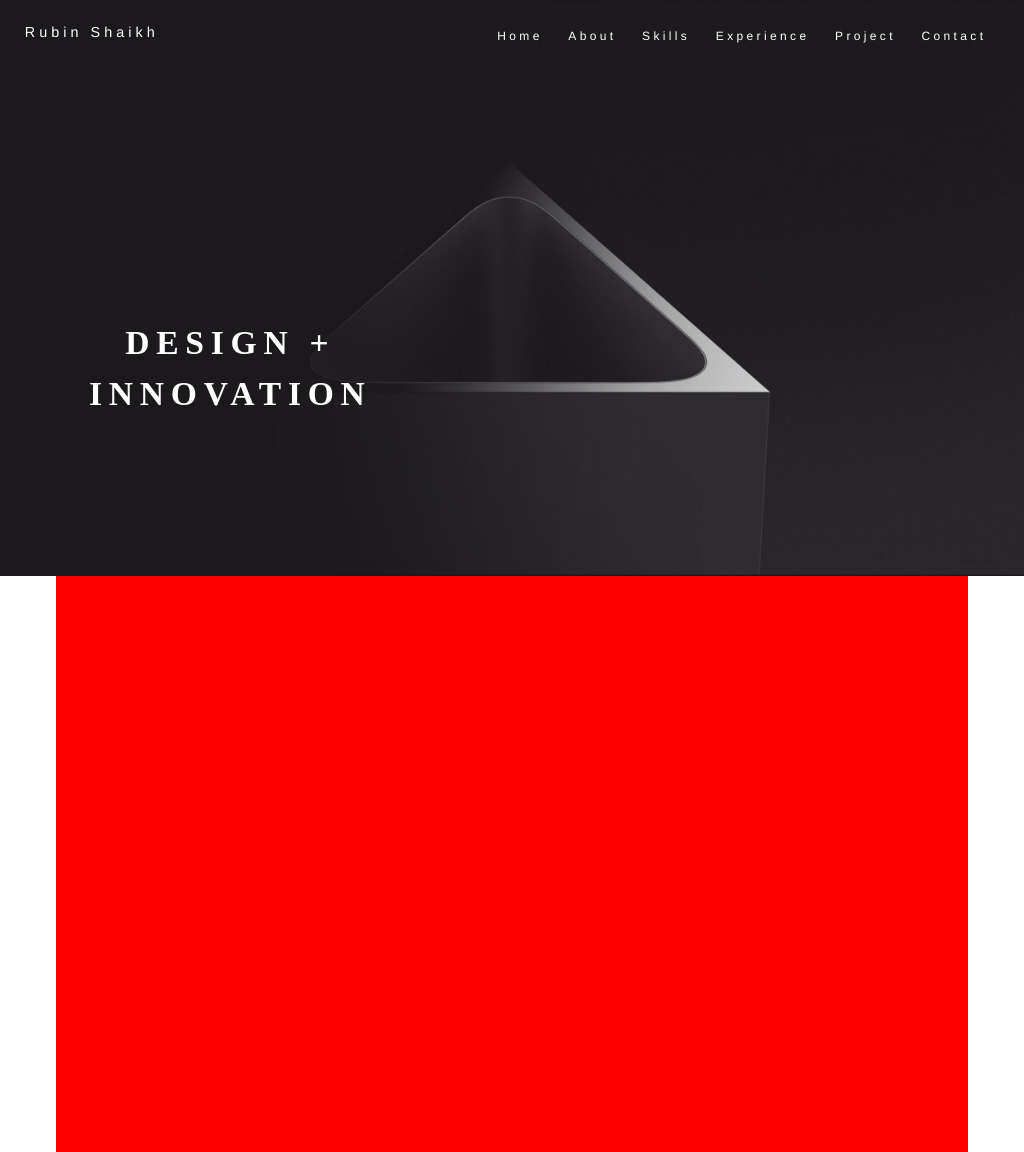
Repository: Rubin78/My-Portfolio
Page: /second
The author's editor kept a copy of each file at every save. The page is drawn from the files as they stood at one save, then again after the next save.
The browser window is 1280 px wide. The pictures show the whole page, at 80% of full size.
The project was rebuilt for these pictures with package versions that can differ from the ones it lists, and the page was loaded fresh each time. Also part of the build but not shown: src/components/First/First.module.css, src/components/First/First.js, src/components/Third.js.

Above is the page before, as saved 2020-07-21 17:20:11.

### src/App.js
import React from 'react';

// import './App.css';

import { BrowserRouter as Router, Switch, Route } from "react-router-dom";
import First from './components/First/First';
import Second from './components/Second';
import Third from './components/Third';
function App() {
  return (
    <Router>
        <div className="App">

          <Switch>
            <Route exact path="/" component={First} />
            <Route exact path="/second" component={Second} />
            <Route exact path="/third" component={Third} />



            <Route render={() => <h2>404 Page Not Found</h2>} />
          </Switch>
        </div>
      </Router>
  );
}

export default App;

### src/components/Second.js
// import React, { Component } from 'react';
// import { Link } from "react-router-dom";
// class Second extends Component {
//     render() {
//         console.log(this.props);
//         return (




//             <div>
//                 <Link to="/third" >Go to the third page</Link>

//         <div>{this.props.location.state}</div>
//             </div>
//         );
//     }
// }

// export default Second;








import React, { useState } from 'react';
import {
  Collapse,
  Navbar,
  NavbarToggler,
  NavbarBrand,
  Nav,
  NavItem,
  NavLink,
  UncontrolledDropdown,
  DropdownToggle,
  DropdownMenu,
  DropdownItem,
  NavbarText
} from 'reactstrap';
import { Container, Row, Col} from 'reactstrap';
import styles  from '../components/Second.css'
import hero1 from '../assests/hero1.jpg';
import { Hidden } from '@material-ui/core';


const Example = (props) => {
  const [isOpen, setIsOpen] = useState(false);

  const toggle = () => setIsOpen(!isOpen);

  return (
<div style={{overflow:Hidden}}>
    <Container fluid  className="containerBody2" style={{  backgroundImage:`url(${hero1})`,}} >
    <div style={{backgroundColor:'transparent',height:90,display:'flex'}}>
      <Navbar color="red" light expand="md"  style={{display:'flex',flex:1,}} >
        <NavbarBrand href="/"><h4  className="textheader1" >Rubin Shaikh</h4></NavbarBrand>
        <NavbarToggler onClick={toggle} style={{color:'white',backgroundColor:'#F5F5F5'}} />
        <Collapse isOpen={isOpen} navbar >
          <Nav className="mr-auto" navbar>



         </Nav>

         <NavLink  href="/components/"  className="textheader" >Home</NavLink>
         <NavLink href="/components/" className="textheader">About</NavLink>
          <NavLink href="/components/" className="textheader">Skills</NavLink>
          <NavLink href="/components/" className="textheader">Experience</NavLink>
          <NavLink href="/components/" className="textheader">Project</NavLink>
          <NavLink href="/components/" className="textheader">Contact</NavLink>
        </Collapse>
      </Navbar>
    </div>


<Col sm="5"  style={{ display:'flex',flex:1,
alignItems:'space-between',justifyContent:'center',paddingLeft:40,}}>
<div style={{display:'flex',height:450,flexDirection:'column',justifyContent:'flex-end',alignItems:'flex-start',marginBottom:20,}} >

    <div style={{color:'white',fontSize:42,textAlign:'center',fontFamily:"Patua One",fontWeight:"bolder",letterSpacing:'.20em'}} >
    {/* <div style={{color:'#ffffff',fontSize:15,textAlign:"left",letterSpacing:'.1em',paddingLeft:60}}>HELLO,</div> */}

      DESIGN +
   <p style={{paddingBottom:-15}}>INNOVATION</p></div>
    {/* <button onClick={this.submitHandler} >go to second page</button> */}
    </div>
</Col>
    </Container>


<Container  className="container2">

</Container>

    </div>
  );
}

export default Example;

### src/components/Second.css

.containerBody2{



    background-position: center;
    background-size: cover;
    background-repeat: 'no-repeat';
    height: 100vh;
    width: 100vw;
    overflow: hidden;
    position: relative;


}


.container2{

    height: 100vh;
    width: 99.9vw;
    overflow: hidden;
    background-color: red;

position: relative;
}


.textheader{


  color: white;
  font-size: 15px;
font-family: "Gotham-Medium","Helvetica Neue","sans-serif";
letter-spacing: .28em;
}



.textheader1{


    color: white;
    font-size: 18px;
  font-family: "Gotham-Medium","Helvetica Neue","sans-serif";
  letter-spacing: .28em;
  }




.textcolor{
font-size: 45px;
margin-bottom: 20px;
letter-spacing: -1px;
font-family: "Gotham-Bold","Helvetica Neue",sans-serif;


background-color: red;


}

Loaded but not shown: public/index.html (common file); src/index.js (common file); src/index.css (common file); src/serviceWorker.js (common file)

After the next save:
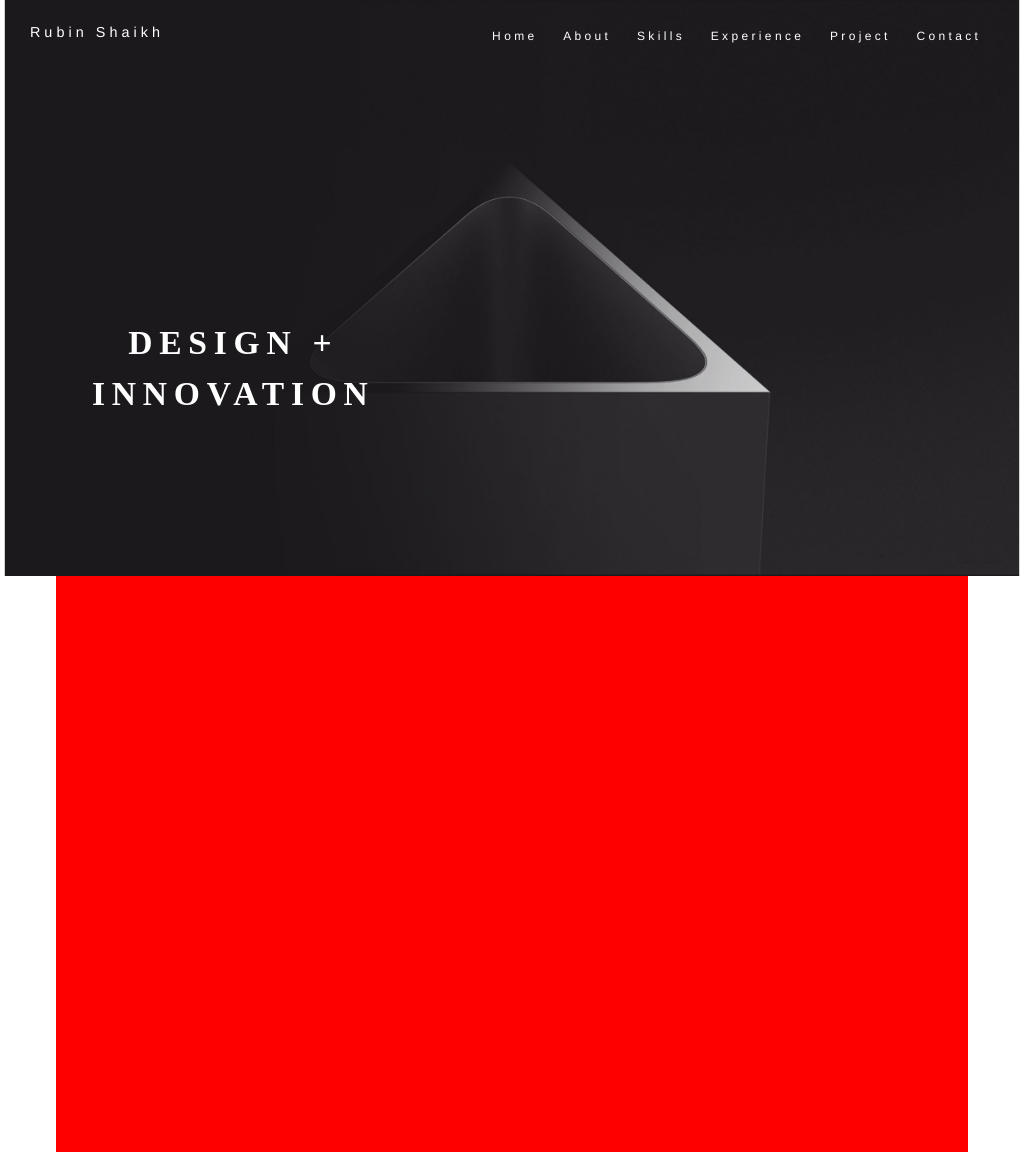
Saved 10 s later.
--- a/src/components/Second.css
+++ b/src/components/Second.css
@@ -7,7 +7,7 @@
     background-size: cover;
     background-repeat: 'no-repeat';
     height: 100vh;
-    width: 100vw;
+    width: 99vw;
     overflow: hidden;
     position: relative;
 
